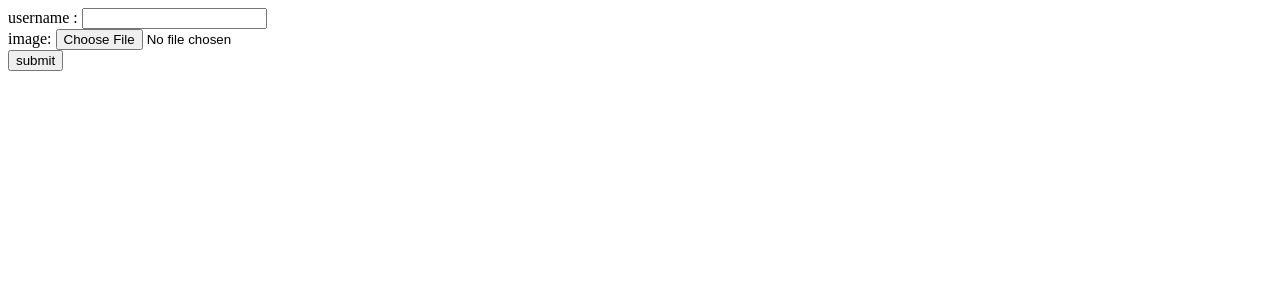
Repository: juneyj114/jspblog
Page: http://localhost/blog/user/userProfileForm.jsp
The author's editor kept a copy of each file at every save. The page is drawn from the files as they stood at one save, then again after the next save.
The browser window is 1280 px wide. The pictures show the whole page.
The page is served by Tomcat 9. Other server files are loaded and not shown.

Above is the page before, as saved 2019-11-13 00:30:11.

### blog/WebContent/user/userProfileForm.jsp
<%@ page language="java" contentType="text/html; charset=UTF-8"
    pageEncoding="UTF-8"%>
<!DOCTYPE html>
<html>
<head>
<meta charset="UTF-8">
<title>Insert title here</title>
</head>
<body>
	<div id="ImageContainer">
      <form
        action="/blog/user?cmd=profile"
        method="POST"
        enctype="multipart/form-data"
      >
        username : <input type="text" name="username" value="${sessionScope.user.username }"/><br />
        image:
        <input
          type="file"
          name="userProfile"
          id="img__input"
        /><br />
        <input type="submit" value="submit" />
      </form>
    </div>
    <script>
    const imagePath = document.querySelector("#img__input");
    imagePath.addEventListener("change", event => {
      const f = event.target.files[0];
      const reader = new FileReader();
      reader.onload = e => {
        const {
          target: { result }
        } = e;
        console.log(result.length);
        const imageContainer = document.querySelector("#ImageContainer");
        const image = document.createElement("IMG");
        image.setAttribute("src", result);
        imageContainer.append(image);
      };
      reader.readAsDataURL(f);
    });
    </script>

</body>
</html>

After the next save:
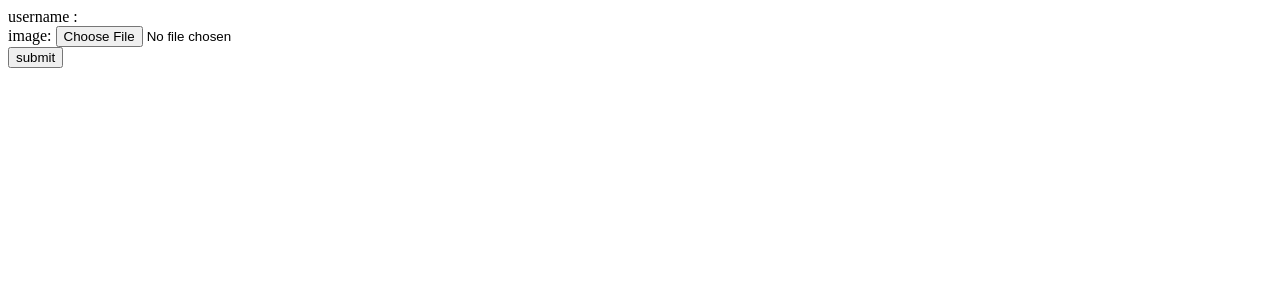
Saved 3 min 27 s later.
--- a/blog/WebContent/user/userProfileForm.jsp
+++ b/blog/WebContent/user/userProfileForm.jsp
@@ -13,7 +13,7 @@
         method="POST"
         enctype="multipart/form-data"
       >
-        username : <input type="text" name="username" value="${sessionScope.user.username }"/><br />
+        username : <input type="text" name="username" value="${sessionScope.user.username }" hidden="true"/><br />
         image:
         <input
           type="file"
